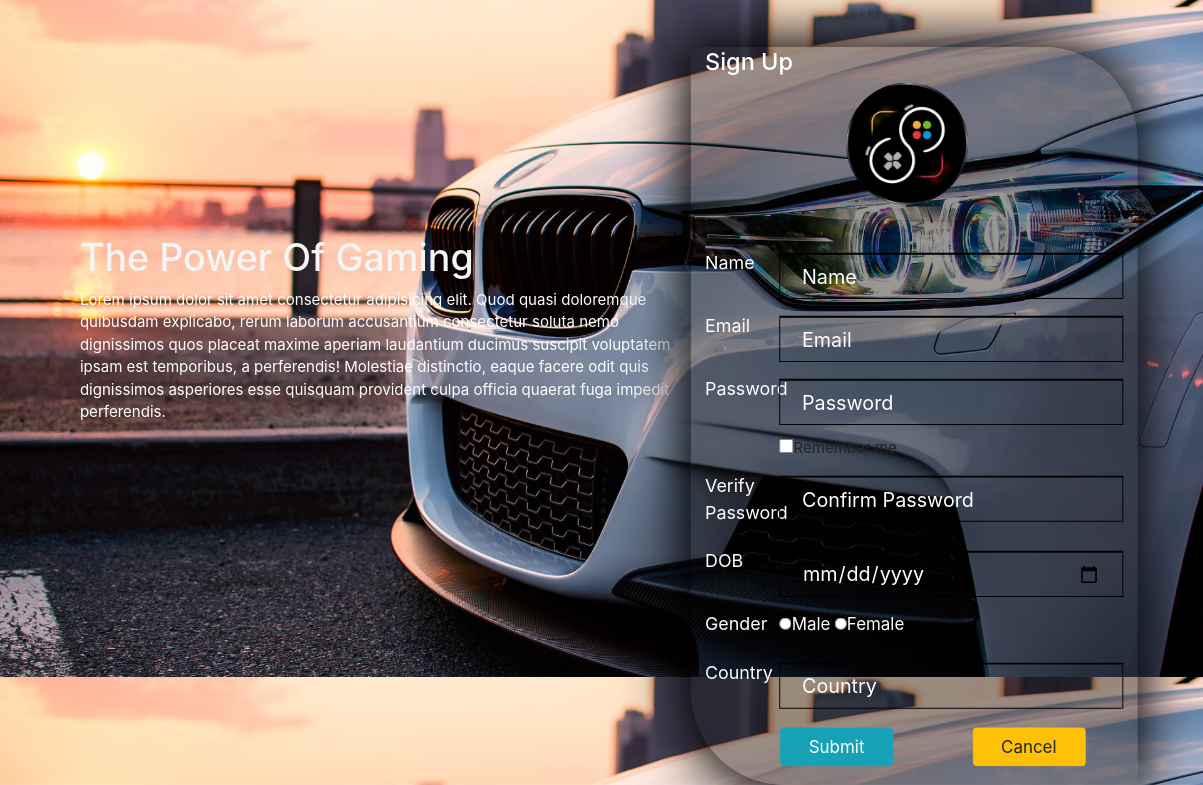
Repository: DilunVass/Car_Rental_System
Page: http://localhost/Online_Vehicle_Rental_System/RequestCar.jsp
An editor plug-in stored every save of this project. The page is shown before and after the next save, followed by the edit.
The browser window is 1280 px wide. The pictures show the whole page, at 94% of full size.
Backgrounds fixed to the window are drawn as part of the page. The page is served by Tomcat 9. Nobody is signed in. The application's start-up code is not run.

Above is the page before, as saved 2023-10-23 15:20:44.

After the next save:
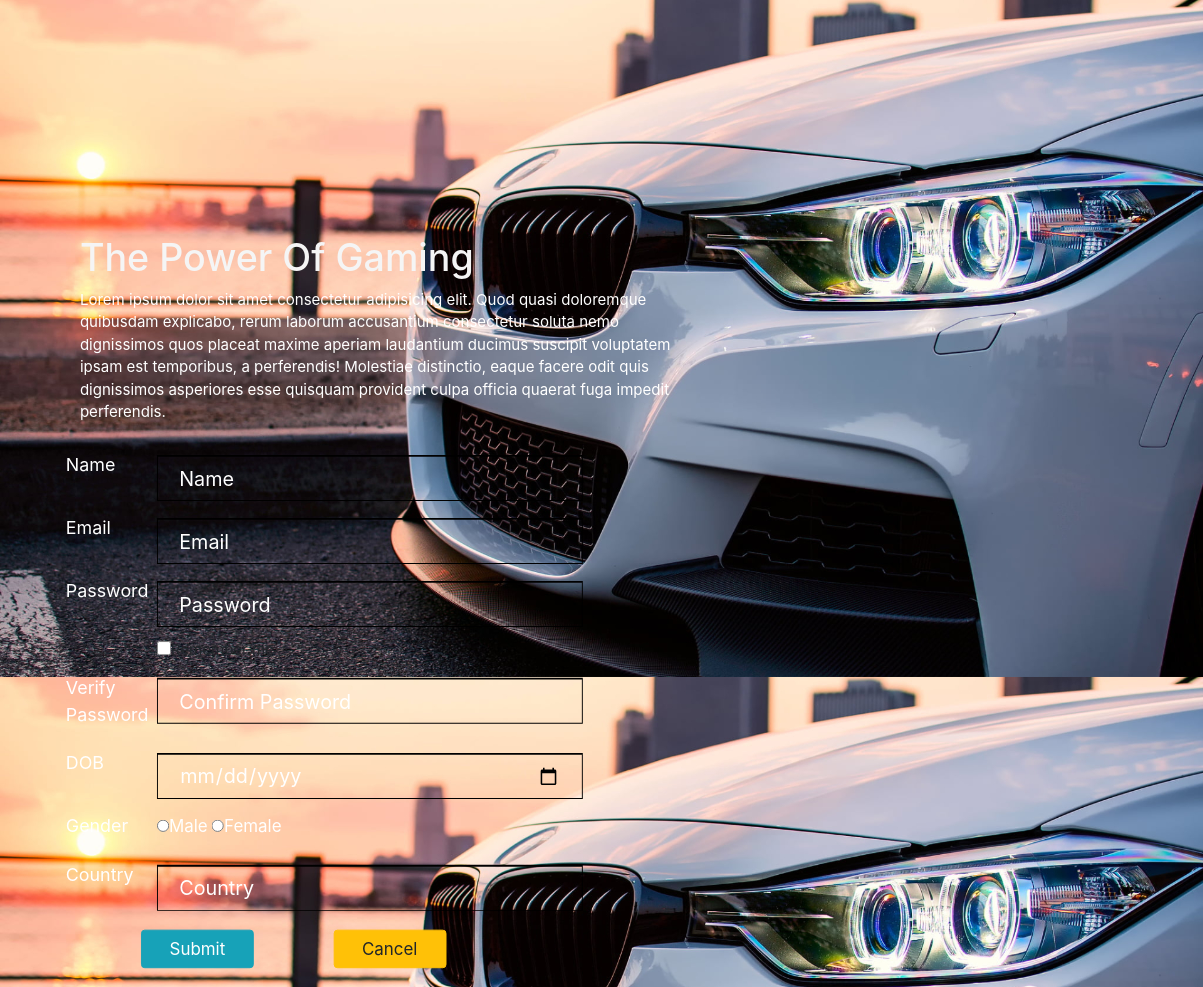
Saved 31 s later.
--- a/online_car_rentel/Online_Vehicle_Rental_System/src/main/webapp/RequestCar.jsp
+++ b/online_car_rentel/Online_Vehicle_Rental_System/src/main/webapp/RequestCar.jsp
@@ -28,14 +28,7 @@
               asperiores esse quisquam provident culpa officia quaerat fuga impedit perferendis.
             </p>
             </div>
-           <div class="col-md-5">
-            <div class="row">
-                <div class="col-md-6">
-                    <h3 class="text-left">Sign Up</h3>
-                    <img src="images/logo3.jpg">
-                </div>
 
-            </div>
             <hr>
             <form action="insert" method = "post">
 
